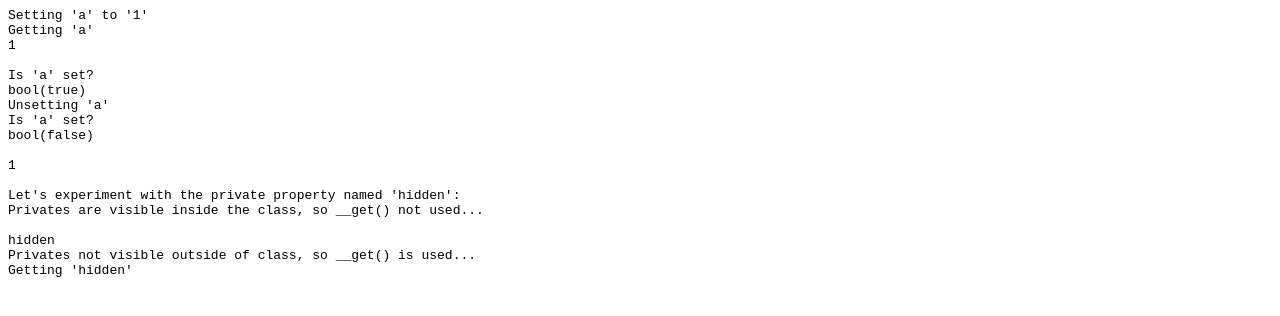
Repository: jyotsna1234/bugappmvc
Page: http://localhost/overloading.php
An editor plug-in stored every save of this project. The page is shown before and after the next save, followed by the edit.
The browser window is 1280 px wide. The pictures show the whole page.
The page is run by PHP 8.4 with error messages shown; the project is at /var/www/html/.

Above is the page before, as saved 2014-04-09 04:04:06.

### oops_php/overloading.php
<?php

 ini_set('displayerror', 1);

class PropertyTest
{
    /**  Location for overloaded data.  */
    private $data = array();

    /**  Overloading not used on declared properties.  */
    public $declared = 1;

    /**  Overloading only used on this when accessed outside the class.  */
    private $hidden = 'hidden';

    public function __set($name, $value)
    {
        echo "Setting '$name' to '$value'\n";
        $this->data[$name] = $value;
    }

    public function __get($name)
    {
        echo "Getting '$name'\n";
        if (array_key_exists($name, $this->data)) {
            return $this->data[$name];
        }

        return null;
    }

    /**  As of PHP 5.1.0  */
    public function __isset($name)
    {
        echo "Is '$name' set?\n";
        return isset($this->data[$name]);
    }

    /**  As of PHP 5.1.0  */
    public function __unset($name)
    {
        echo "Unsetting '$name'\n";
        unset($this->data[$name]);
    }

    /**  Not a magic method, just here for example.  */
    public function getHidden()
    {
        return $this->hidden;
    }
}

echo "<pre>\n";

$obj = new PropertyTest;

$obj->a = 1;
echo $obj->a . "\n\n";

var_dump(isset($obj->a));
unset($obj->a);
var_dump(isset($obj->a));
echo "\n";

echo $obj->declared . "\n\n";

echo "Let's experiment with the private property named 'hidden':\n";
echo "Privates are visible inside the class, so __get() not used...\n<br>";
echo $obj->getHidden() . "\n";
echo "Privates not visible outside of class, so __get() is used...\n";
echo $obj->hidden . "\n";




/*function overloading is not possible
 * class Overloading  {
	var $data;
	var $value;
	public function method1()
	{
	echo "enterd into method";

	}

}
$overload1=new Overloading();

  $overload1->method1();

 $overload1->method1('name','dale');

*/
?>

After the next save:
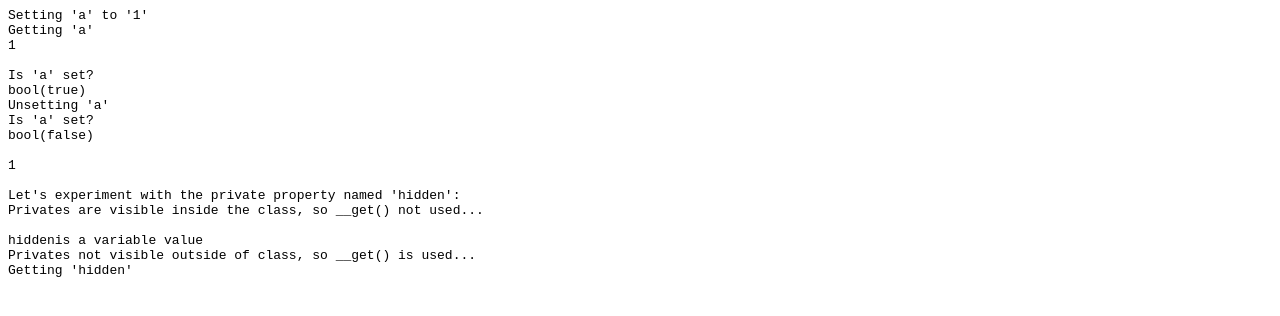
Saved 49 s later.
--- a/oops_php/overloading.php
+++ b/oops_php/overloading.php
@@ -66,7 +66,7 @@ echo $obj->declared . "\n\n";
 
 echo "Let's experiment with the private property named 'hidden':\n";
 echo "Privates are visible inside the class, so __get() not used...\n<br>";
-echo $obj->getHidden() . "\n";
+echo $obj->getHidden() .  "is a variable value"."\n";
 echo "Privates not visible outside of class, so __get() is used...\n";
 echo $obj->hidden . "\n";
 
